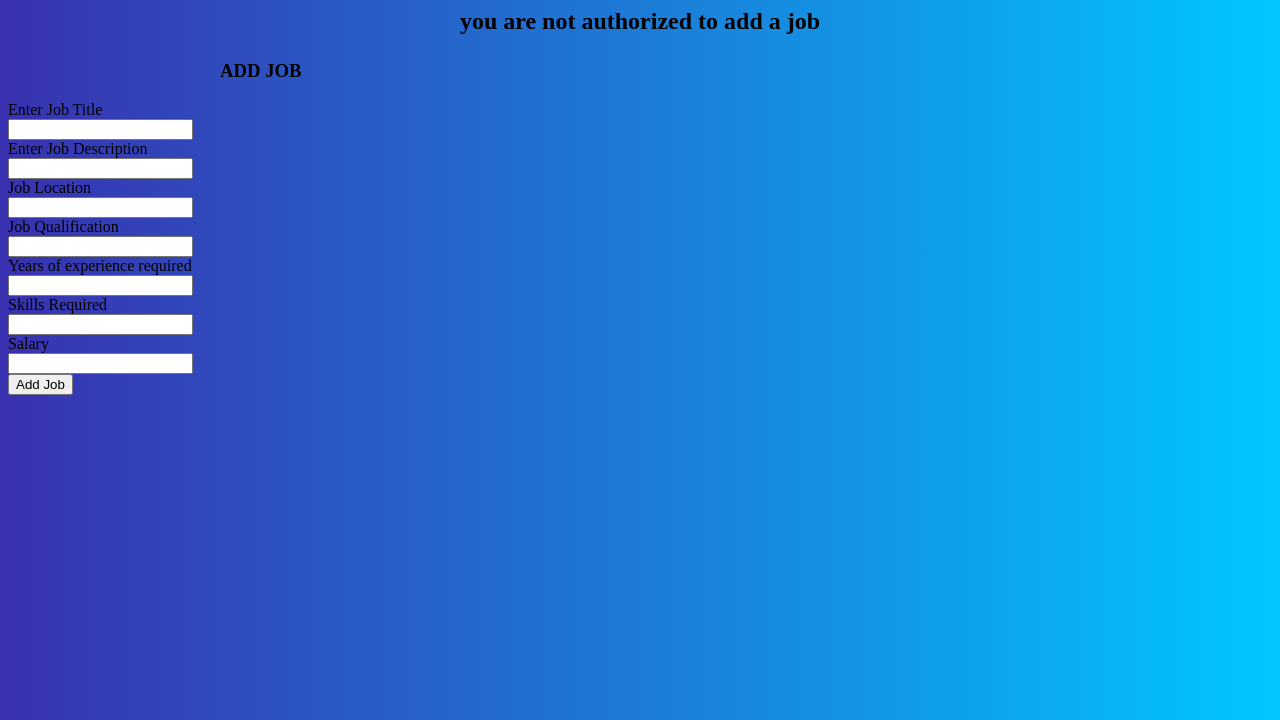
Repository: devlogan/collproject
Page: CollFrontend/WebContent/jobs/JobForm.html
The author's editor kept a copy of each file at every save. The page is drawn from the files as they stood at one save, then again after the next save.
The browser window is 1280 px wide. The pictures show the whole page.

Above is the page before, as saved 2019-05-01 17:48:17.

After the next save:
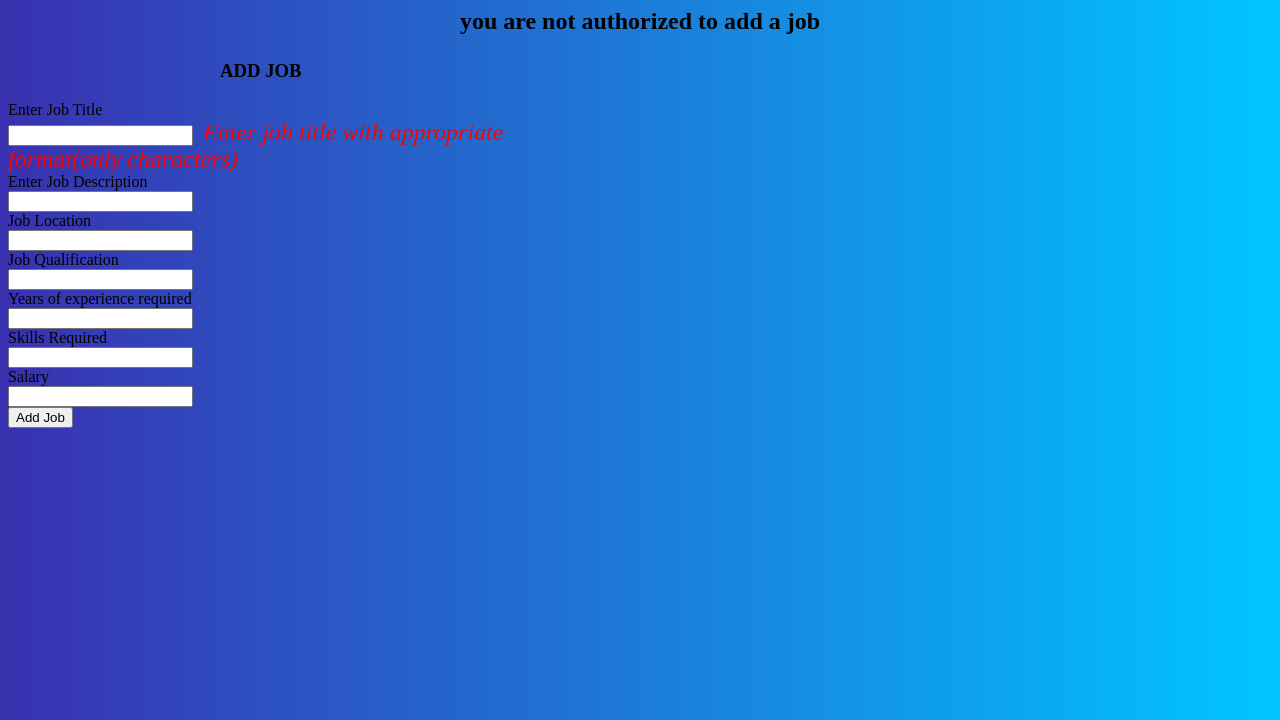
Saved 61 s later.
--- a/CollFrontend/WebContent/jobs/JobForm.html
+++ b/CollFrontend/WebContent/jobs/JobForm.html
@@ -27,7 +27,8 @@ i.fa-close {
 					ng-model="job.jobTitle" ng-required="true" ng-pattern="/^[A-Z]+$/i"
 					ng-minlength="3" ng-maxlength="21"><i
 					ng-show="jobForm.title.$invalid && jobForm.title.$touched || jobForm.title.$error.pattern && jobForm.title.$touched"
-					class="fa fa-close"></i>
+					class="fa fa-close">Enter job title with appropriate
+					format(only characters)</i>
 			</div>
 
 		</div>
